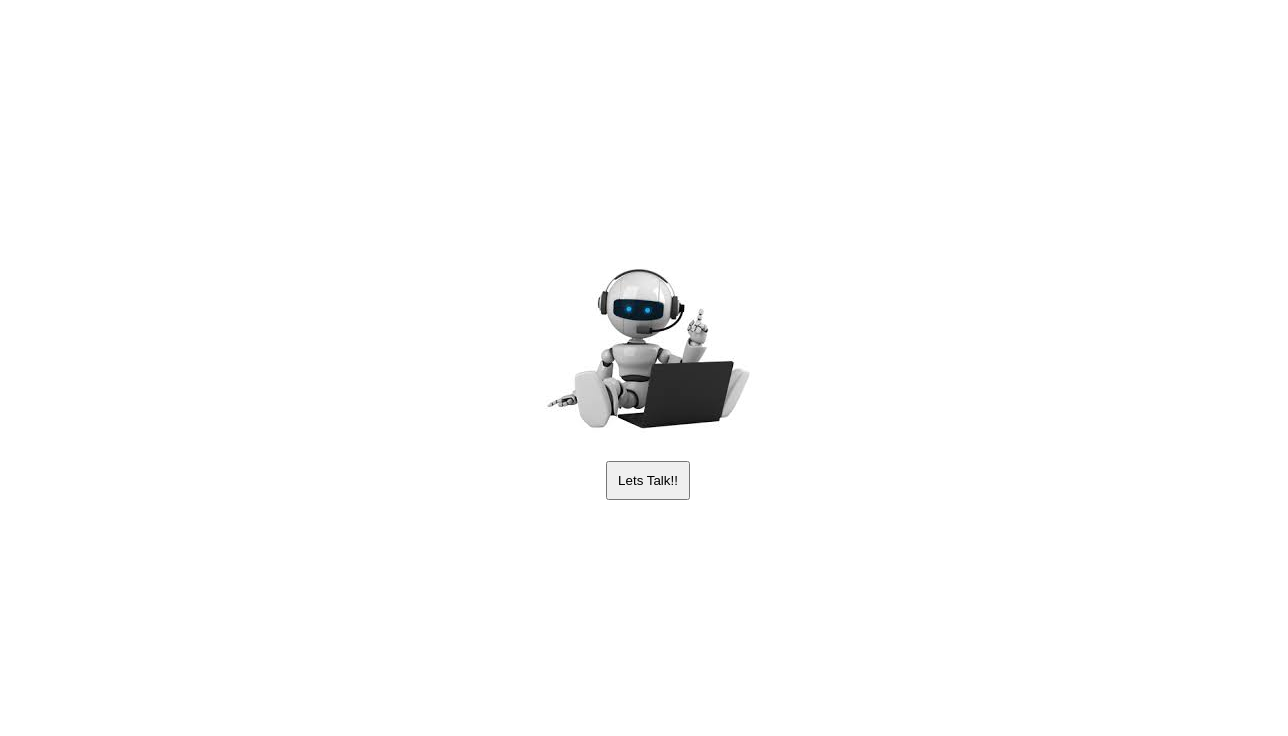
Repository: Ellisvelandia/talkingbot
Page: index.html
An editor plug-in stored every save of this project. The page is shown before and after the next save, followed by the edit.
The browser window is 1280 px wide. The page is 1288 px wide, so the pictures cover 1288 px, including what lies to the right of the window. The pictures show the whole page.

Above is the page before, as saved 2022-09-15 23:54:23.

### index.html
<!DOCTYPE html>
<html lang="en">
  <head>
    <meta charset="UTF-8" />
    <meta http-equiv="X-UA-Compatible" content="IE=edge" />
    <meta name="viewport" content="width=device-width, initial-scale=1.0" />
    <link rel="stylesheet" href="style.css" />
    <script src="app.js" defer></script>
    <title>Talking Bot</title>
  </head>
  <body>
    <img src="computer.jpeg" alt="#" />
    <button>Lets Talk!!</button>
  </body>
</html>

### style.css
body {
  width: 100%;
  height: 100vh;
  display: flex;
  align-items: center;
  justify-content: center;
  overflow: hidden;
  flex-direction: column;
}

button {
  padding: 10px;
  width: 30;
}

Loaded but not shown: app.js (no copy from this time; the picture is the same without it)

After the next save:
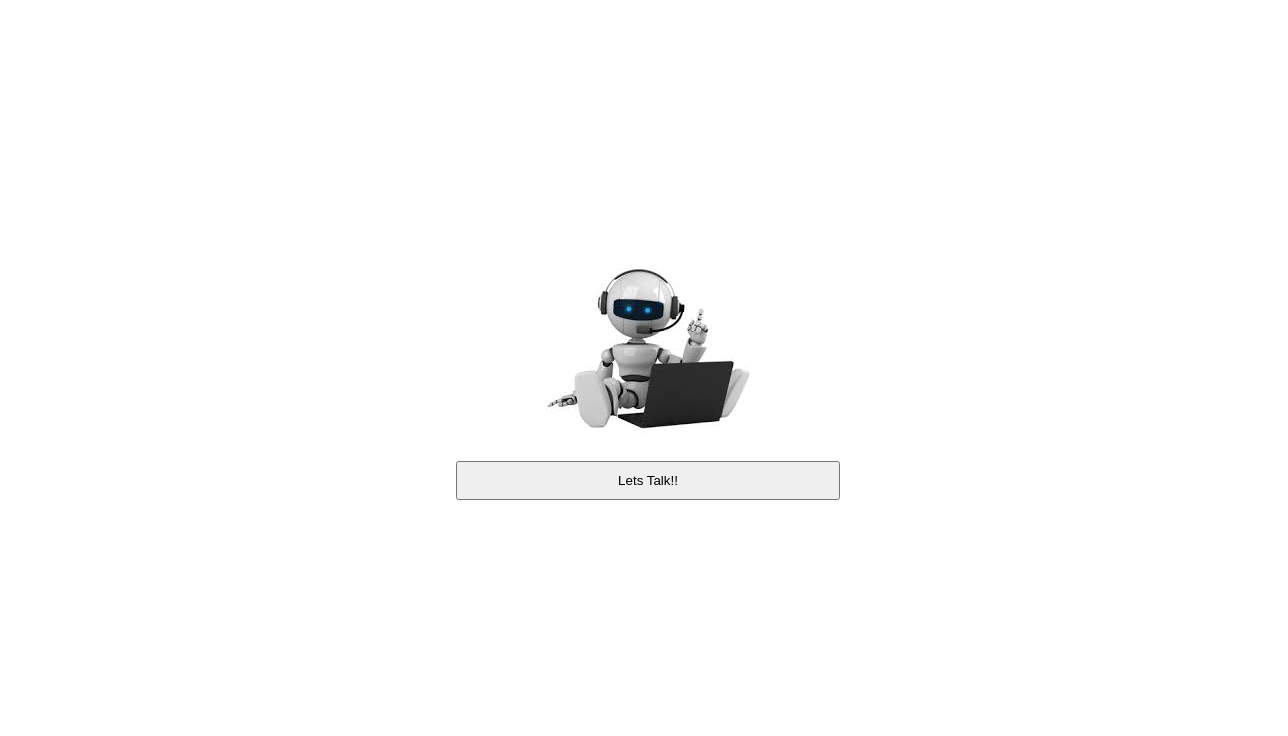
Saved 5 s later.
--- a/style.css
+++ b/style.css
@@ -10,5 +10,6 @@
 
 button {
   padding: 10px;
-  width: 30;
+  width: 30%;
+  back
 }
